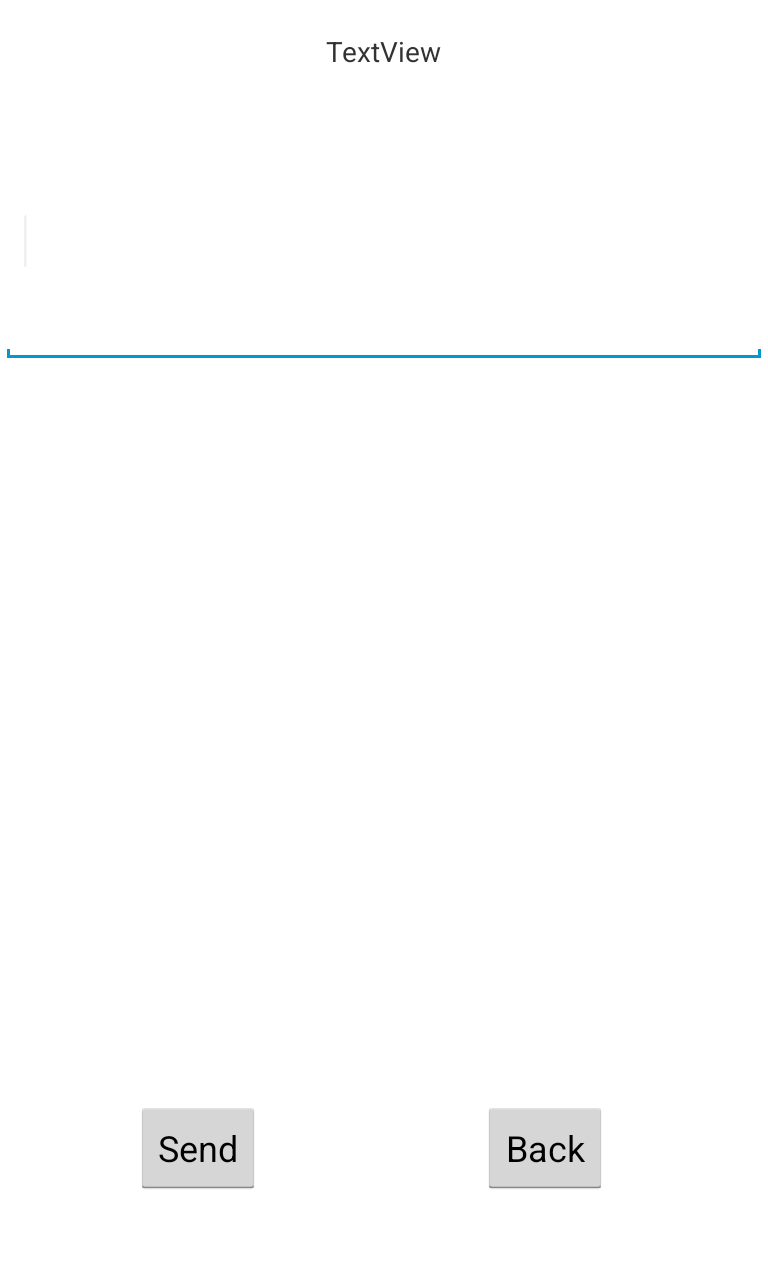
Repository: mpdehnel/seg
Layout: VectorOne/res/layout/activity_comment.xml
The author's editor kept a copy of each file at every save. The layout is drawn from the files as they stood at one save, then again after the next save.
It is drawn on a 768 x 1280 px phone screen (xhdpi) without system bars, with theme AppTheme; the app's code is not run.

Above is the layout before, as saved 2013-03-13 14:45:05.

After the next save:
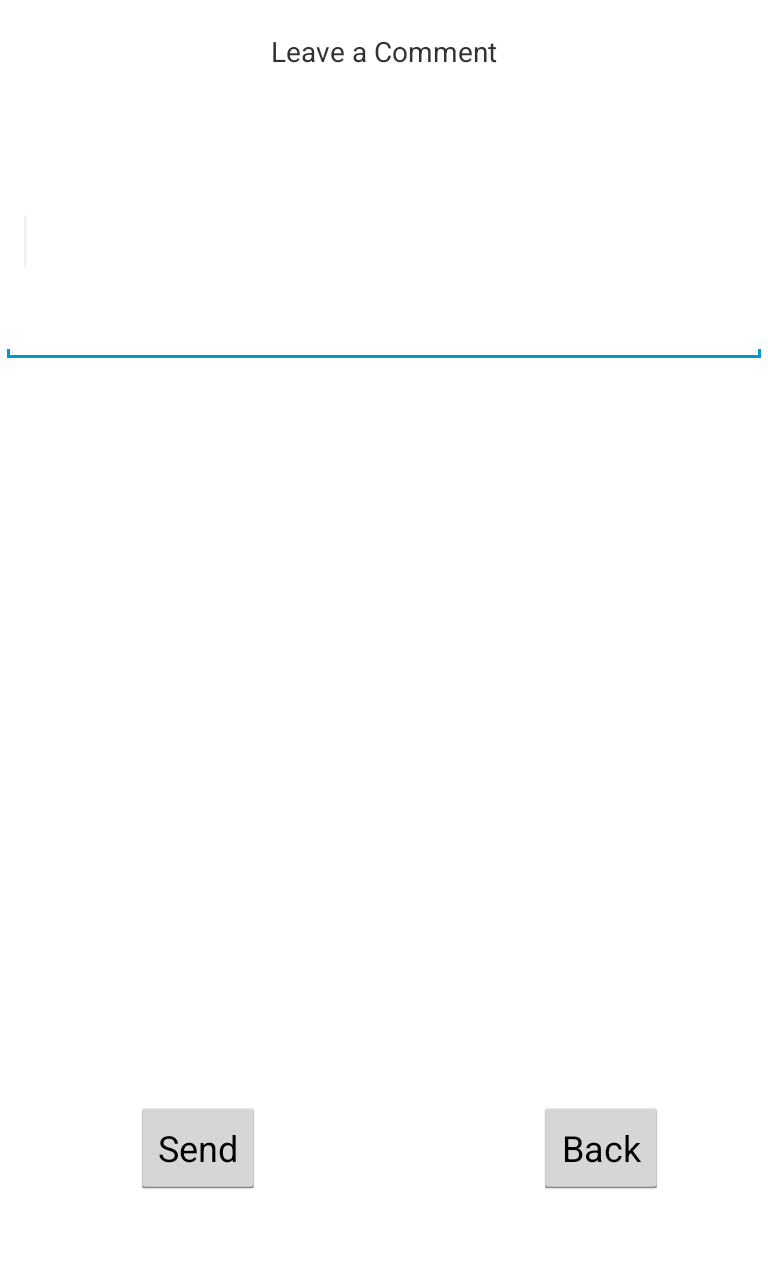
Saved 17 s later.
--- a/VectorOne/res/layout/activity_comment.xml
+++ b/VectorOne/res/layout/activity_comment.xml
@@ -21,7 +21,7 @@
         android:layout_alignParentTop="true"
         android:layout_centerHorizontal="true"
         android:layout_marginTop="16dp"
-        android:text="TextView" />
+        android:text="Leave a Comment" />
 
     <EditText
         android:id="@+id/comment"
